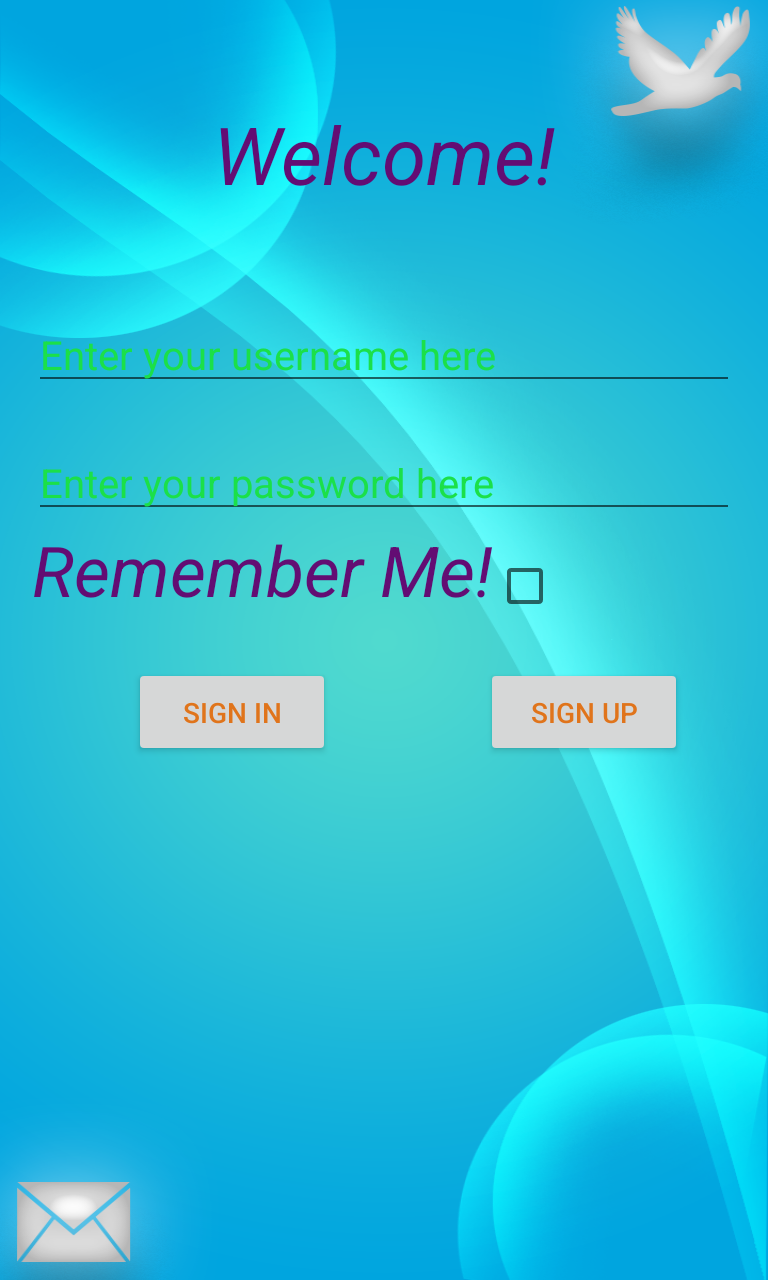
Repository: JodyCoolit/android
Layout: Delivery/res/layout/activity_login.xml
The author's editor kept a copy of each file at every save. The layout is drawn from the files as they stood at one save, then again after the next save.
It is drawn on a 768 x 1280 px phone screen (xhdpi) without system bars, with theme AppTheme; the app's code is not run.

Above is the layout before, as saved 2014-08-25 02:26:42.

### Delivery/res/layout/activity_login.xml
<?xml version="1.0" encoding="utf-8"?>
<LinearLayout xmlns:android="http://schemas.android.com/apk/res/android"
    android:layout_width="match_parent"
    android:layout_height="match_parent"
    android:paddingLeft="16dp"
    android:paddingRight="16dp"
    android:orientation="vertical"
    android:background="@drawable/bg_login"
    >

    <TextView
        android:layout_marginTop="50sp"
        android:layout_width="wrap_content"
        android:layout_height="wrap_content"
        android:text="@string/welcome"
        android:textSize="40sp"
        android:layout_gravity="center"
        android:textStyle="italic"
        android:textColor="#630D73"
         />
	<EditText
	    android:id="@+id/et_login_username"
	    android:singleLine="true"
	    android:textColorHint="#1BE049"
	    android:textColor="#1BE011"
	    android:layout_marginTop="50sp"
	    android:textSize="20sp"
        android:layout_width="match_parent"
        android:layout_height="wrap_content"
        android:hint="@string/hint_username" />
    <EditText
        android:id="@+id/et_login_password"
        android:singleLine="true"
        android:textColor="#1BE011"
        android:textColorHint="#1BE049"
        android:layout_marginTop="20sp"
        android:textSize="20sp"
        android:layout_width="match_parent"
        android:layout_height="wrap_content"
        android:gravity="top"
        android:inputType="textPassword"
        android:hint="@string/hint_password" />

    <LinearLayout
        android:layout_width="match_parent"
    	android:layout_height="wrap_content"
    	android:orientation="horizontal">
    	<TextView
        android:layout_width="wrap_content"
        android:layout_height="wrap_content"
        android:text="@string/rememberMe"
        android:textSize="35sp"
        android:textStyle="italic"
        android:textColor="#630D73"
         />
    	<CheckBox
        android:id="@+id/cb_rememberMe"
        android:layout_width="wrap_content"
        android:layout_height="wrap_content"
        />
    </LinearLayout>
    <LinearLayout
        android:layout_width="match_parent"
    	android:layout_height="wrap_content">
        <Button
            android:id="@+id/btn_signin"
	        android:textColor="#E0741B"
	        android:layout_marginTop="10sp"
	        android:layout_marginLeft="50sp"
	        android:layout_width="100dp"
	        android:layout_height="wrap_content"
	        android:layout_gravity="center"
	        android:text="@string/btn_signin" />

        <ProgressBar
        android:id="@+id/pb_login"
        style="?android:attr/progressBarStyleLarge"
        android:layout_width="wrap_content"
        android:layout_height="wrap_content" />

     	<Button
         	android:id="@+id/btn_signup"
	        android:textColor="#E0741B"
	        android:layout_marginTop="10sp"
	        android:layout_marginLeft="0sp"
	        android:layout_width="100dp"
	        android:layout_height="wrap_content"
	        android:layout_gravity="center"
	        android:text="@string/btn_signup" />
    </LinearLayout>

</LinearLayout>

### Delivery/res/values/strings.xml
<?xml version="1.0" encoding="utf-8"?>
<resources>
    <string name="app_name">Delivery</string>
    <string name="signup">Sign Up</string>

    <!-- LoginActivity -->
    <string name="welcome">Welcome!</string>
    <string name="rememberMe"> Remember Me!</string>
	<string name="btn_signin">Sign in</string>
	<string name="btn_signup">Sign up</string>
	<string name="hint_username">Enter your username here</string>
	<string name="hint_password">Enter your password here</string>

	<!--  SignupActivity -->
	<string name="tv_signup_username">Username : </string>
	<string name="tv_signup_password">Password : </string>
	<string name="hint_signup_username">E-mail/Username/IC</string>
	<string name="hint_signup_password">Case Sencetive</string>
	<string name="hint_signup_address">Address for delivery</string>
	<string name="tv_signup_phone">Phone : </string>
	<string name="tv_signup_email">E-mail : </string>
	<string name="tv_signup_address">Address : </string>
	<string name="btn_signup_register">Register Now!</string>
</resources>

Loaded but not shown: Delivery/res/values/styles.xml (common file); Delivery/res/values-v11/styles.xml (common file); Delivery/res/values-v14/styles.xml (common file)

After the next save:
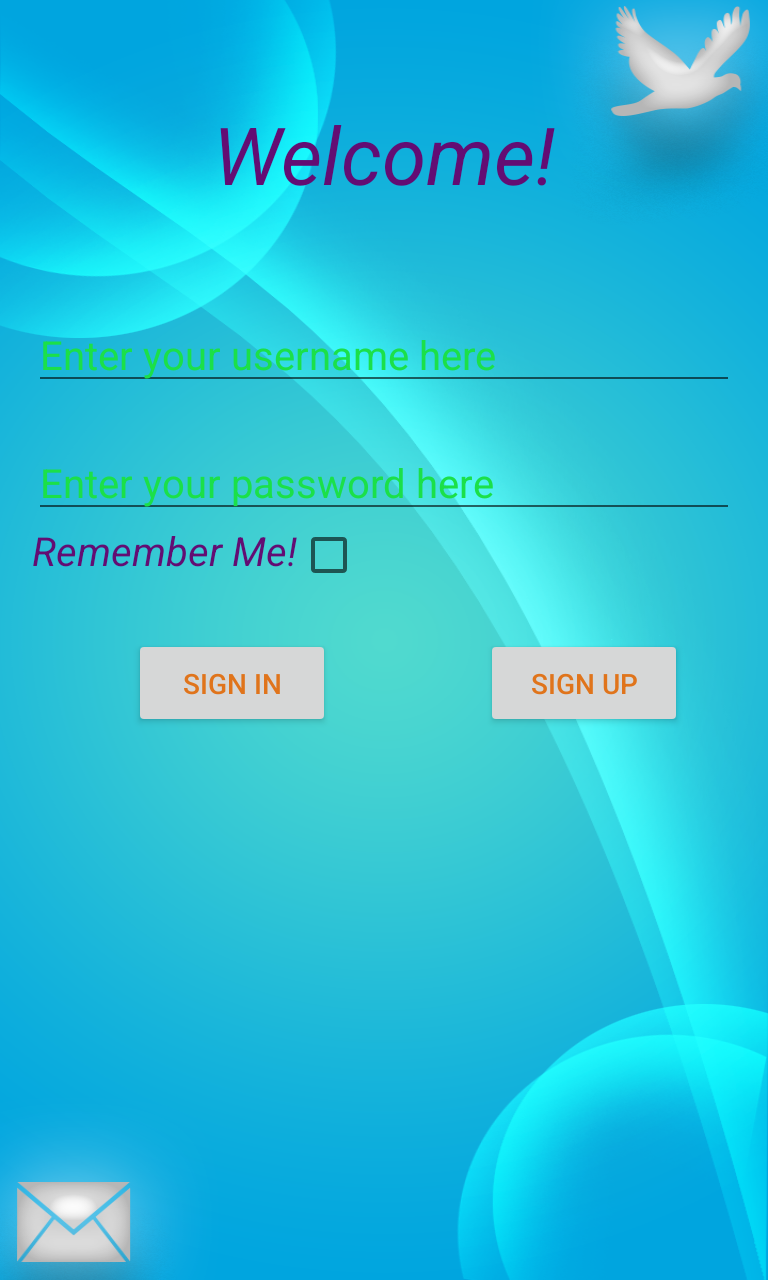
Saved 4 s later.
--- a/Delivery/res/layout/activity_login.xml
+++ b/Delivery/res/layout/activity_login.xml
@@ -49,7 +49,7 @@
         android:layout_width="wrap_content"
         android:layout_height="wrap_content"
         android:text="@string/rememberMe"
-        android:textSize="35sp"
+        android:textSize="20sp"
         android:textStyle="italic"
         android:textColor="#630D73"
          />
